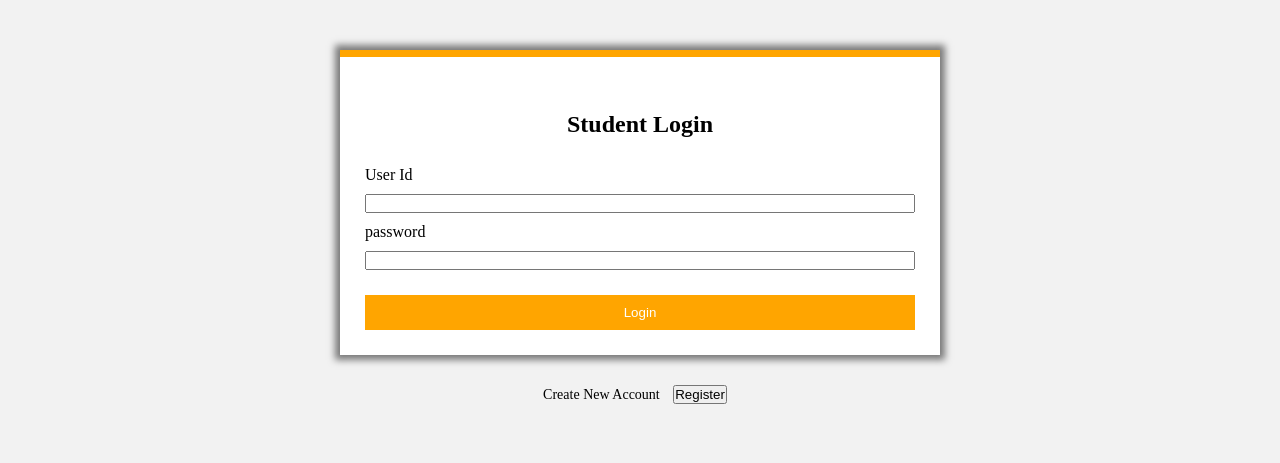
Repository: Sameer-0/workspace
Page: http://localhost/StudentCrud/views/login.jsp
The author's editor kept a copy of each file at every save. The page is drawn from the files as they stood at one save, then again after the next save.
The browser window is 1280 px wide. The pictures show the whole page.
The page is served by Tomcat 9.

Above is the page before, as saved 2022-07-12 18:34:44.

After the next save:
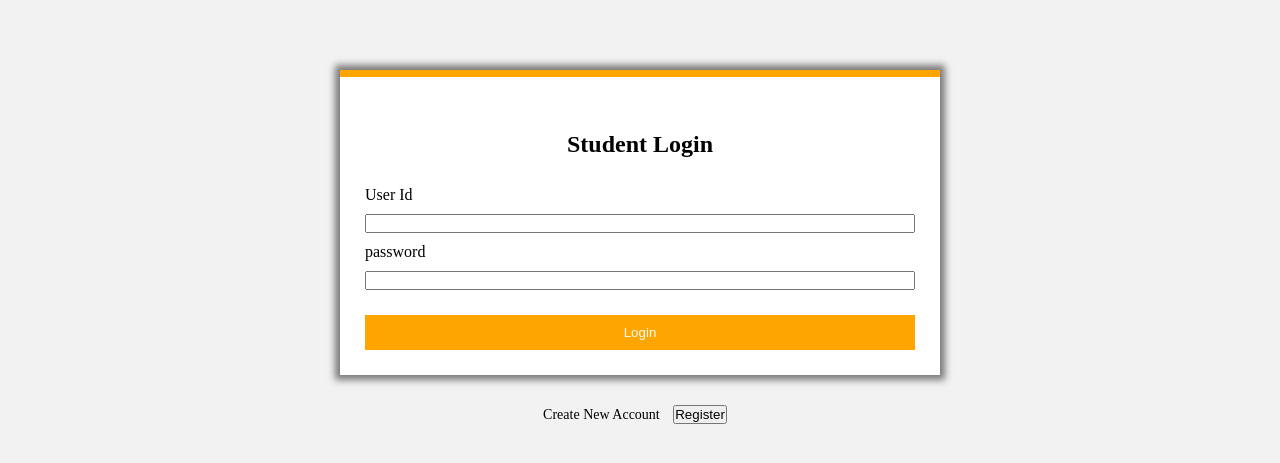
Saved 32 s later.
--- a/StudentCrud/src/main/webapp/views/login.jsp
+++ b/StudentCrud/src/main/webapp/views/login.jsp
@@ -21,7 +21,7 @@ body {
 	background: white;
 	width: 600px;
 	padding: 25px;
-	margin: 50px auto 0;
+	margin: 70px auto 0;
 	border-top: 7px solid orange;
 	box-shadow: 0 0 7px 5px rgba(0, 0, 0, 0.5);
 }
@@ -77,7 +77,7 @@ label {
  .msg-error{
  	text-align: center;
  	color: red;
- 	margin: 5px;
+ 	margin: 15px;
  }
 
 </style>
